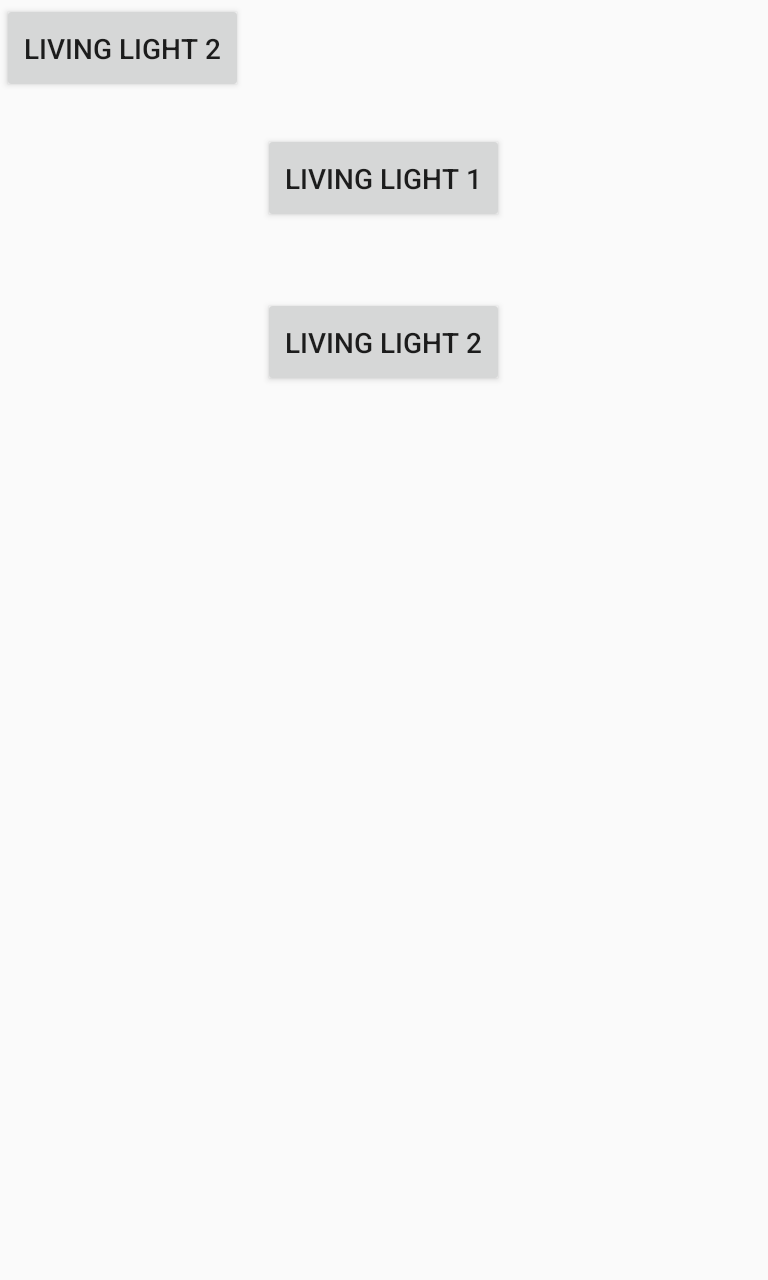
Repository: LogInc/oscar_app
Layout: Android/Oscar/res/layout/activity_rooms.xml
These files come from the project's save history. The layout is drawn as it stood at one moment and after the next save; the edit follows.
It is drawn on a 768 x 1280 px phone screen (xhdpi) without system bars, with theme AppTheme; the app's code is not run.

Above is the layout before, as saved 2015-03-05 11:56:12.

After the next save:
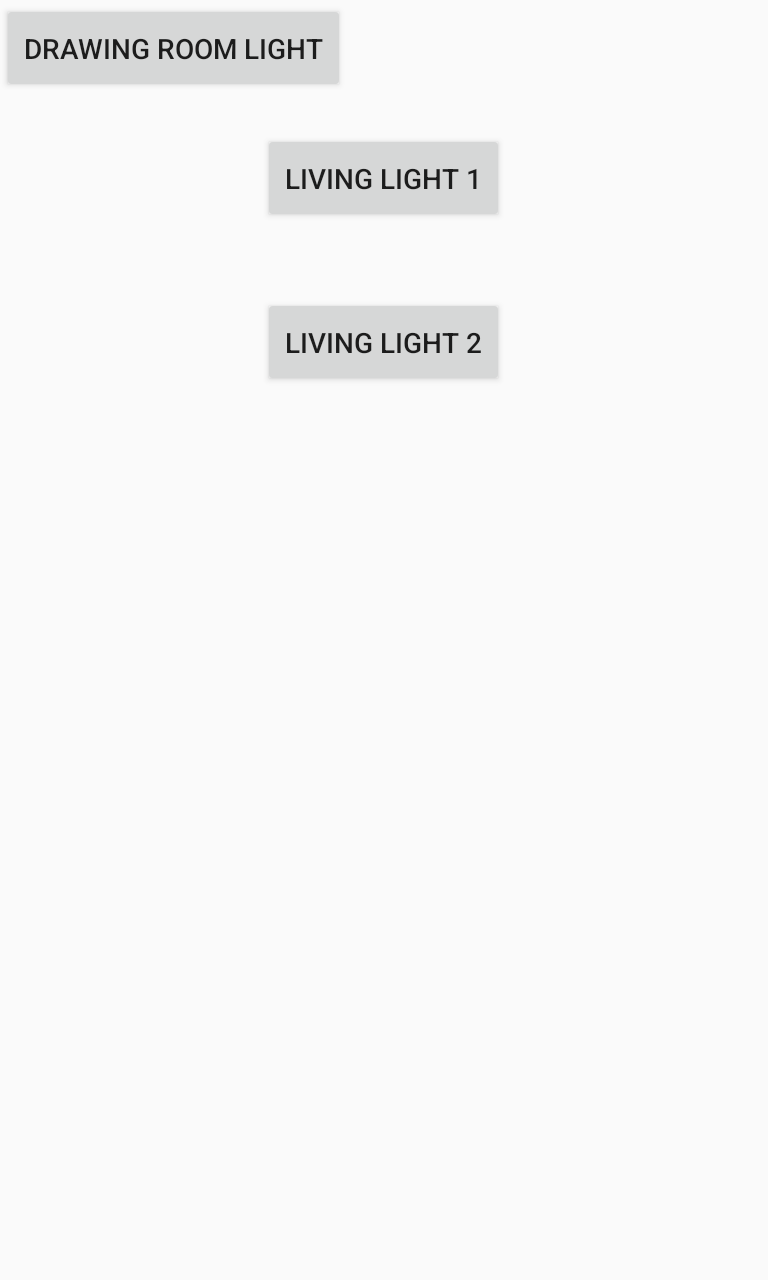
Saved 11 s later.
--- a/Android/Oscar/res/layout/activity_rooms.xml
+++ b/Android/Oscar/res/layout/activity_rooms.xml
@@ -25,6 +25,6 @@
         android:id="@+id/DrawingRoom"
         android:layout_width="wrap_content"
         android:layout_height="wrap_content"
-        android:text="Living Light 2" />
+        android:text="Drawing Room Light" />
 
 </RelativeLayout>
